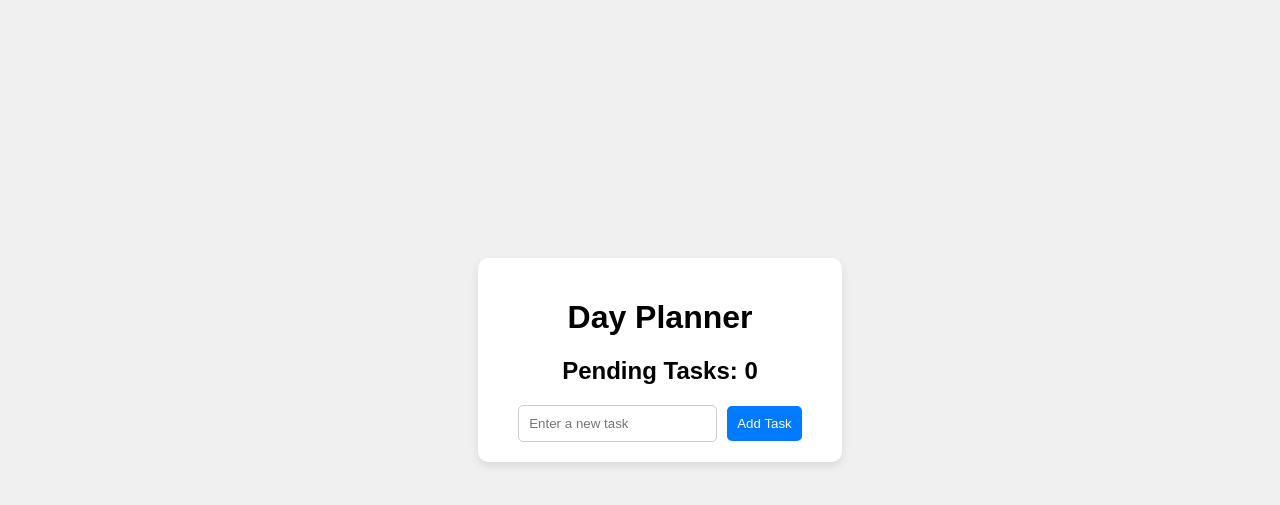
Repository: jgache/COMP-3170-0-Lab4
Page: /
These files come from the project's save history. The page is drawn as it stood at one moment and after a run of saves; the edit follows.
The browser window is 1280 px wide. The pictures show the whole page.
The project was rebuilt for these pictures with package versions that can differ from the ones it lists, and the page was loaded fresh each time. Also part of the build but not shown: vite.config.js, src/components/Task.jsx.

Above is the page before, as saved 2024-10-22 15:24:35.

### index.html
<!doctype html>
<html lang="en">
  <head>
    <meta charset="UTF-8" />
    <link rel="icon" type="image/svg+xml" href="/vite.svg" />
    <meta name="viewport" content="width=device-width, initial-scale=1.0" />
    <title>Shop Mart</title>
  </head>
  <body>
    <div id="root"></div>
    <script type="module" src="/src/main.jsx"></script>
  </body>
</html>

### src/App.jsx
import { useState } from 'react';
import TaskForm from './components/TaskForm.jsx';
import TaskList from './components/TaskList.jsx';
import './index.css';

function App() {
    const [tasks, setTasks] = useState([]);

    const addTask = (description) => {
        const newTask = { id: Date.now(), description, completed: false };
        setTasks((prevTasks) => [...prevTasks, newTask]);
    };

    const toggleComplete = (taskId) => {
        setTasks((prevTasks) =>
            prevTasks.map((task) =>
                task.id === taskId ? { ...task, completed: !task.completed } : task
            )
        );
    };

    const deleteTask = (taskId) => {
        setTasks((prevTasks) => prevTasks.filter((task) => task.id !== taskId));
    };

    const pendingTasks = tasks.filter((task) => !task.completed).length;

    return (
        <div className="app-container">
            <h1>Day Planner</h1>
            <h2>
                {pendingTasks === 1
                    ? `Pending Task: ${pendingTasks}`
                    : `Pending Tasks: ${pendingTasks}`}
            </h2>
            <TaskForm addTask={addTask} />
            <TaskList tasks={tasks} toggleComplete={toggleComplete} deleteTask={deleteTask} />
        </div>
    );
}

export default App;

### src/index.css

body {
    margin: 0;
    height: 100vh;
    display: flex;
    justify-content: center;
    align-items: center;
    font-family: Arial, sans-serif;
    background-color: #f0f0f0;
}

.app-container {
    text-align: center;
    padding: 20px;
    background-color: white;
    border-radius: 10px;
    box-shadow: 0 4px 8px rgba(0, 0, 0, 0.1);
    max-width: 400px;
    width: 100%;

form input {
    padding: 10px;
    margin-right: 10px;
    border: 1px solid #ccc;
    border-radius: 5px;
}

form button {
    padding: 10px;
    border: none;
    background-color: #007bff;
    color: white;
    border-radius: 5px;
    cursor: pointer;
}

form button:hover {
    background-color: #0056b3;
}

/* Style for individual tasks */
.task {
    margin: 10px 0;
    padding: 10px;
    background-color: #f9f9f9;
    border-radius: 5px;
    display: flex;
    justify-content: space-between;
    align-items: center;
    box-shadow: 0 2px 4px rgba(0, 0, 0, 0.1);
}

.task input {
    margin-right: 10px;
}

.task button {
    padding: 5px 10px;
    border: none;
    background-color: red;
    color: white;
    border-radius: 5px;
    cursor: pointer;
}

.task button:hover {
    background-color: darkred;
}

### src/components/TaskForm.jsx
import { useState } from 'react';


function TaskForm({ addTask }) {
    const [taskDescription, setTaskDescription] = useState('');

    const handleSubmit = (e) => {
        e.preventDefault();
        if (taskDescription.trim() === '') return;
        addTask(taskDescription);
        setTaskDescription('');
    };

    return (
        <form onSubmit={handleSubmit}>
            <input
                type="text"
                value={taskDescription}
                onChange={(e) => setTaskDescription(e.target.value)}
                placeholder="Enter a new task"
            />
            <button type="submit">Add Task</button>
        </form>
    );
}

export default TaskForm;

### src/components/TaskList.jsx
import Task from "./Task";

function TaskList({ tasks, toggleComplete, deleteTask }) {
    return (
        <div className="task-list">
            {tasks.map((task) => (
                <Task
                    key={task.id}
                    task={task}
                    toggleComplete={toggleComplete}
                    deleteTask={deleteTask}
                />
            ))}
        </div>
    );
}

export default TaskList;

Loaded but not shown: src/main.jsx (common file)

After the next 3 saves:
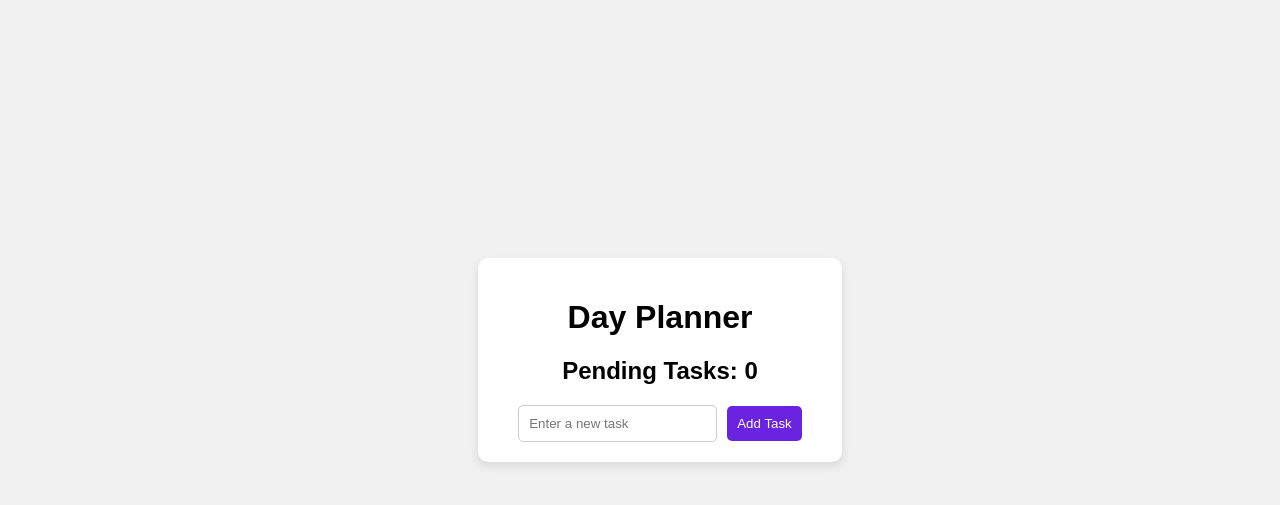
The 3 saves are shown as one change because they came seconds apart.
The last was saved 10 s later.
--- a/src/index.css
+++ b/src/index.css
@@ -28,7 +28,7 @@ form input {
 form button {
     padding: 10px;
     border: none;
-    background-color: #007bff;
+    background-color: #6923e1;
     color: white;
     border-radius: 5px;
     cursor: pointer;
